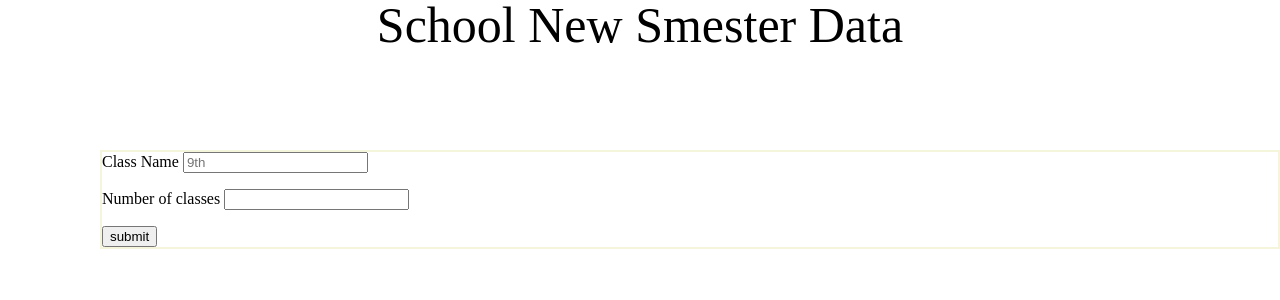
Repository: Razan-am/exam-practice
Page: index.html
The author's editor kept a copy of each file at every save. The page is drawn from the files as they stood at one save, then again after the next save.
The browser window is 1280 px wide. The pictures show the whole page.

Above is the page before, as saved 2021-05-31 00:01:23.

### index.html
<!DOCTYPE html>
<html lang="en">
<head>
    <meta charset="UTF-8">
    <meta http-equiv="X-UA-Compatible" content="IE=edge">
    <meta name="viewport" content="width=device-width, initial-scale=1.0">
    <title>Document</title>
    <link rel="stylesheet" href="css/reset.css">
    <link rel="stylesheet" href="css/style.css">
</head>
<body>
    <header>
        <h1>School New Smester Data</h1>
    </header>
    <main>
        <form action="" id="myForm">
            <fieldset>
                <label for="className">Class Name</label>
                <input type="text" id="className" name="className" placeholder="9th">
                <br/><br/>
                <label for="classNumber">
                    Number of classes
                </label>
                <input type="number" id="classNamber" name="classNumber">
                <br/><br/>
                <input type="submit" value="submit">
            </fieldset>
        </form>
        <div >
            <table id="table"></table>
        </div>
    </main>
    <footer></footer>
    <script src="js/app.js"></script>
</body>
</html>

### css/style.css
h1{
    text-align: center;
    font-size: 50px;
    margin-bottom: 100px;
}

form{
    margin-left: 100px;
    margin-bottom: 100px;
    border: 2px solid beige;
}

table {
    margin-left: 250px;
}
th{
    padding-left: 20px;
}
td{
    padding-left: 20px;
}

### js/app.js
'use strict';

let myForm = document.getElementById('myForm');
let myTable = document.getElementById('table');

let headerData = ['class', 'number of classes', 'number of students for each class']

let mainArr = [];
function Myform(className, numberOfClasses) {
    this.className = className;
    this.numberOfClasses = numberOfClasses;
    this.randomNumber = 0;
    mainArr.push(this);
    setting();
}
console.log(mainArr);

function random(min, max) {
    mainArr.randomNumber = Math.floor(Math.random() * (max - min + 1)) + min;
}


myForm.addEventListener('submit', handleSubmit);

function handleSubmit(event) {
    event.preventDefault();
    let className = event.target.className.value;
    let classNumber = event.target.classNumber.value;
    new Myform(className, classNumber);
    render();
}

let headerEl = document.createElement('tr');
myTable.appendChild(headerEl);
function render() {
    // myTable.textContent='';
    let tBody = document.createElement('tr');
    myTable.appendChild(tBody);
    for (let index = 0; index < mainArr.length; index++) {
        headerEl.textContent = '';
        tBody.textContent='';
        for (let i = 0; i < headerData.length; i++) {
            let thEl = document.createElement('th');
            headerEl.appendChild(thEl);
            thEl.textContent = `${headerData[i]}`
        }
        let td1 = document.createElement('td');
        tBody.appendChild(td1);
        td1.textContent = `${mainArr[index].className}`;

        let td2 = document.createElement('td');
        tBody.appendChild(td2);
        td2.textContent = `${mainArr[index].numberOfClasses}`;

        let td3 = document.createElement('td');
        tBody.appendChild(td3);
        td3.textContent = `${mainArr[index].randomNumber}`;
    }

}


function setting() {
    let data = JSON.stringify(mainArr);
    localStorage.setItem('name' , data);
}

function getting() {
    let stringObj = localStorage.getItem('name')
    let normalObj = JSON.parse(stringObj);
    if(normalObj !== null){
        mainArr = normalObj;
    }
    render();
}
getting();

Loaded but not shown: css/reset.css (common file)

After the next save:
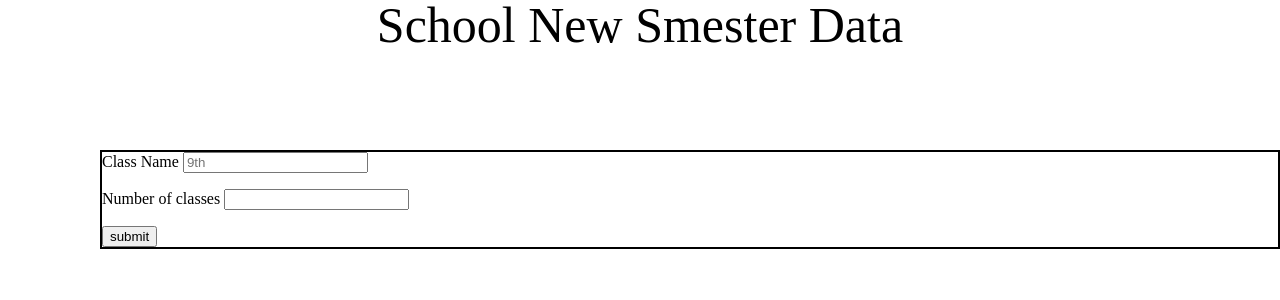
Saved 5 s later.
--- a/css/style.css
+++ b/css/style.css
@@ -7,7 +7,7 @@ h1{
 form{
     margin-left: 100px;
     margin-bottom: 100px;
-    border: 2px solid beige;
+    border: 2px solid black;
 }
 
 table {
